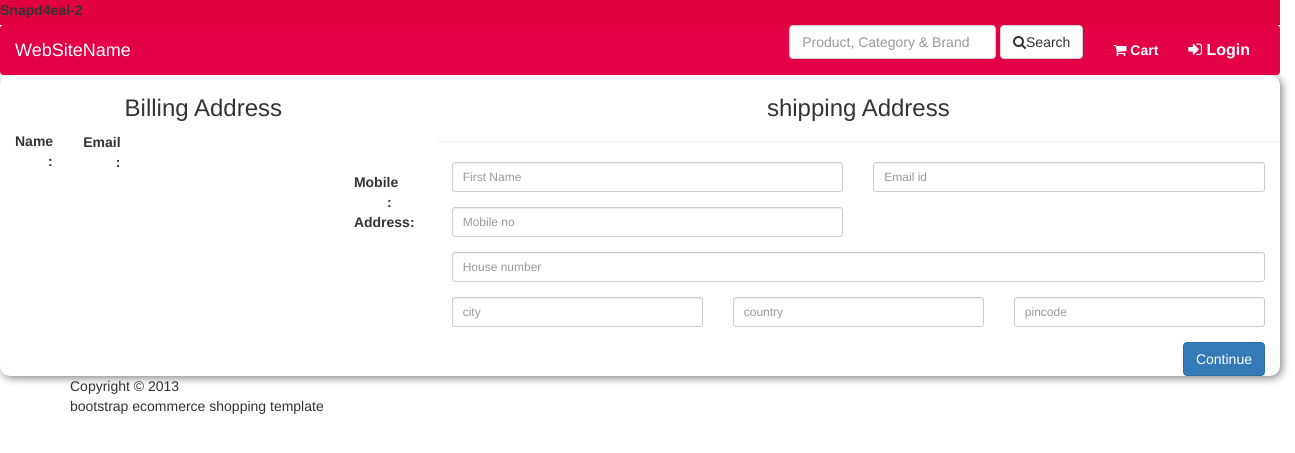
Repository: Aryans26/project
Page: http://localhost/frontend/WEB-INF/views/addressorder.jsp
An editor plug-in stored every save of this project. The page is shown before and after the next save, followed by the edit.
The browser window is 1280 px wide. The page is 1295 px wide, so the pictures cover 1295 px, including what lies to the right of the window. The pictures show the whole page.
Some web libraries are served in a nearby version. The page is served by Tomcat 9. Nobody is signed in. Other server files are loaded and not shown. The template is opened directly, without the code that normally fills it, so the values that code supplies are empty.

Above is the page before, as saved 2017-06-21 09:25:08.

### frontend/src/main/webapp/WEB-INF/views/addressorder.jsp
<%@ taglib prefix="c" uri="http://www.springframework.org/tags"%>
<%@ taglib prefix="form" uri="http://www.springframework.org/tags/form"%>
<!doctype html>
<html>
<head>
<c:url value="/resource" var="res" />

<!-- <link rel="stylesheet" ref="https://maxcdn.bootstrapcdn.com/bootstrap/3.3.7/css/bootstrap.min.css"> -->
<script
	src="https://ajax.googleapis.com/ajax/libs/jquery/3.2.1/jquery.min.js"></script>
<script
	src="https://maxcdn.bootstrapcdn.com/bootstrap/3.3.7/js/bootstrap.min.js"></script>
<link rel="stylesheet" href="${res}/css/bootstrap.min.css" />
<link rel="stylesheet" href="${res}/css/style.css" />
<link rel="stylesheet" href="${res}/css/font-awesome/css/font-awesome.min.css" />

</head>
<body>
	<%@include file="navbar.jsp"%>
	<div class="Container box-shadow border-radius">

	<div class="row">

	<div class="col-md-4 col-sm-4 col-xs-12 billing-add">
		<h3 class="text-center">Billing Address</h3>
		<div class="col-md-2 col-sm-3 b-r"><b>Name :</b></div><div class="col-md-10 col-sm-9">${user.getU_name()} </div>
		<div class="col-md-2 col-sm-3 b-r"><b>Email :</b></div><div class="col-md-10 col-sm-9">${user.getU_email()}</div>
		<div class="col-md-2 col-sm-3 b-r"><b>Mobile :</b></div><div class="col-md-10 col-sm-9">${user.getU_phoneno()}</div>
		<div class="col-md-2 col-sm-3 b-r"><b>Address:</b></div><div class="col-md-10 col-sm-9">${billing.getHouse_no()}<br>
		${billing.getStreet_name()}<br>${billing.getCity()}<br>${billing.getState()}<br>${billing.getCountry()}<br>
		${billing.getPincode()}<br>
		</div>

	</div>


	<div class="col-md-8 shipping col-sm-8 col-xs-12">
		<h3 class="text-center">shipping Address</h3>

		<hr>
	<c:url value="/orderConfirm" var="a"/>
		<form:form action="${a}" method="post" commandName="shippingAddress">


		<div class="col-xs-6 col-sm-6 col-md-6">
			<div class="form-group">
				<form:input type="text" name="first_name" id="first_name" class="form-control input-sm" placeholder="First Name" path="Ship_name"/>
			</div>
		</div>
<!-- 		<div class="col-xs-6 col-sm-6 col-md-6"> -->
<!-- 			<div class="form-group"> -->
<%-- 				<form:input type="text" name="last_name" id="last_name" class="form-control input-sm" placeholder="Last Name" path="lastname"/>  --%>
<!-- 			</div> -->
<!-- 		</div> -->

		<div class="col-xs-6 col-sm-6 col-md-6">
			<div class="form-group">
				<form:input type="text" name="first_name" id="first_name" class="form-control input-sm" placeholder="Email id" path="Ship_email"/>
			</div>
		</div>
		<div class="col-xs-6 col-sm-6 col-md-6">
			<div class="form-group">
				<form:input type="text" name="Mobile_no" class="form-control input-sm" placeholder="Mobile no" path="Ship_mono"/>
		</div>
</div>
		<div class="col-xs-12 col-sm-12 col-md-12">
			<div class="form-group">
				<form:input type="text" class="form-control input-sm" placeholder="House number" path="Ship_houseno"/>

			</div>
		</div>

		<div class="col-xs-12 col-sm-4 col-md-4">
			<div class="form-group">
				<form:input type="text"	class="form-control input-sm" placeholder="city" path="Ship_city"/>
			</div>
		</div>
		<div class="col-xs-12 col-sm-4 col-md-4">
			<div class="form-group">
				<form:input type="text"	class="form-control input-sm" placeholder="country" path="Ship_country"/>
			</div>
		</div>

		<div class="col-xs-12 col-sm-4 col-md-4">
			<div class="form-group">
				<form:input type="text" class="form-control input-sm" placeholder="pincode" path="Ship_pincode" />
			</div>
		</div>

	<div class="col-md-12">
		<input type="submit" class="btn btn-primary pull-right" value="Continue">
	</div>
   </form:form>
</div>
</div>
</div>
<!--
Footer
-->

<!-- /container -->

<div class="copyright">
<div class="container">

	<span>Copyright &copy; 2013<br> bootstrap ecommerce shopping template</span>
</div>
</div>
<a href="#" class="gotop"><i class="icon-double-angle-up"></i></a>

  </body>
</html>

### frontend/src/main/webapp/WEB-INF/views/navbar.jsp
<%@ taglib prefix="c" uri="http://www.springframework.org/tags"%>
<%@ taglib prefix="form" uri="http://www.springframework.org/tags/form"%>
<%@ taglib prefix="security" uri="http://www.springframework.org/security/tags" %>
<%@ taglib prefix="c1" uri="http://java.sun.com/jsp/jstl/core"%>
<!DOCTYPE html >
<html>
<head>
<meta http-equiv="Content-Type" content="text/html; charset=ISO-8859-1">
<title>Insert title here</title>
</head>
<body>
	<div class="headder">
		<b>Snapd4eal-2</b>
	</div>

	<nav class="navbar navbar-default" style="color: white;">
		<div class="container-fluid">
			<div class="navbar-header">
				<button type="button" class="navbar-toggle" data-toggle="collapse" data-target="#myNavbar">
					<span class="icon-bar"></span> <span class="icon-bar"></span>
					<span class="icon-bar"></span>
				</button>
				<a class="navbar-brand" href="<c:url value="/"/>"
					style="color: white;">WebSiteName</a>
				<form class="navbar-form navbar-right visible-sm visible-xs">
					<div class="form-group">
						<input type="text" class="form-control"
							placeholder="Product, Category & Brand">
					</div>
					<button type="submit" class="btn btn-default">
						<i class="fa fa-search"></i>Search
					</button>

				</form>
			</div>
			<div class="collapse navbar-collapse" id="myNavbar">
			<c1:if test="${pageContext.request.userPrincipal.name!=null}">
			<security:authorize access="hasRole('ROLE_ADMIN')">
				<ul class="nav navbar-nav">
					<li style="color: white;"><a
						href="<c:url value="/category"/>">Add Category</a></li>
					<li style="color: white;"><a
						href="<c:url value="/addproduct"/>">Add Product</a></li>
					<li style="color: white;"><a
						href="<c:url value="/supplier"/>">Add Supplier</a></li>
<!-- 					<li style="color: white;"><a -->
<%-- 						href="<c:url value="/addcard"/>">Add Card</a></li> --%>

				</ul>
				</security:authorize>
				</c1:if>
				<ul class="nav navbar-nav navbar-right">
					<li><a href="<c:url value="/viewcart"/>"><i class="fa fa-shopping-cart"></i>
							Cart</a></li>

					<li class="dropdown"><a href="#" class="dropbtn"><span
							class="fa fa-sign-in"></span>
							<c1:if test="${pageContext.request.userPrincipal.name==null}"> Login </c1:if>
							 <c1:if test="${pageContext.request.userPrincipal.name!=null}">  Logout</c1:if></a>

						<div class="dropdown-content">
							<a href="#">your account</a>
							<a href="#">your orders</a>
							<c1:if test="${pageContext.request.userPrincipal.name==null}">

							<a href="<c:url value="/users"/>" class="hvr-reg-bordertop" > new user ?<br>
							<b>register</b></a>
<%-- <a href="<c:url value="/login"/>"><button type="button" class="btn btn-danger" style="width: 90%; margin: 10px;">Login</button></a> --%>
							<button type="button" class="btn btn-danger" data-toggle="modal"
								data-target="#myModal" style="width: 90%; margin: 10px;">Login</button>
								</c1:if>

								<c1:if test="${pageContext.request.userPrincipal.name!=null}">
					<a href="<c:url value="/j_spring_security_logout"/>"><button type="button" class="btn btn-danger" >Logout</button></a>
								</c1:if>
						</div></li>

				</ul>
				<form class="navbar-form navbar-right hidden-sm hidden-xs">
					<div class="form-group">
						<input type="text" class="form-control"
							placeholder="Product, Category & Brand">
					</div>
					<button type="submit" class="btn btn-default">
						<i class="fa fa-search"></i>Search
					</button>

				</form>

			</div>
		</div>
	</nav>


	<!-- Modal -->
	<div class="modal fade" id="myModal" role="dialog">
		<div class="modal-dialog modal-lg">
			<div class="modal-content">
				<div class="modal-header">
					<button type="button" class="close" data-dismiss="modal">&times;</button>
					<h4 class="modal-title">Login</h4>
				</div>
				<div class="modal-body">
				<c1:url value="/j_spring_security_check" var="a"/>
					<form role="form" method="post" action="${a} ">
						<div class="form-group">
				<label for="email">Email address:</label>
				<input type="email" class="form-control" id="email" name="j_username" placeholder="Email Id">
						</div>
						<div class="form-group">
				<label for="pwd">Password:</label>
				 <input type="password" class="form-control" id="pwd" name="j_password" placeholder="Password">
						</div>
						<div class="checkbox">
							<label><input type="checkbox"> Remember me</label>
						</div>
						<a class="cursor" data-dismiss="modal" data-toggle="modal"
							data-target="#myModal1">new User ? <b>register</b></a>
						<button type="submit" class="btn btn-success">Submit</button>
					</form>
				</div>
				<div class="modal-footer">
					<button type="button" class="btn btn-default" data-dismiss="modal">Close</button>
				</div>
			</div>
		</div>
	</div>

</body>
</html>

### frontend/src/main/webapp/resource/css/style.css
@charset "utf-8";
/* CSS Document */
.headder {
	min-height: 25px;
	background-color: #E0013F;
}

.navbar-default, .navbar-default li {
	background-color: #e40046;
	color: white;
}

.navbar-default li a {
	color: #FFF;
	font-weight: bold;
}

.navbar-nav li:hover, .navbar-nav li:focus, .navbar-nav li:active {
	background-color: #333;
}

.navbar-nav dropdown:hover {
	background-color: #333;
}

.dropbtn {
	color: white;
	padding: 16px;
	font-size: 16px;
	border: none;
	cursor: pointer;
}

.
.dropdown:hover {
	background-color: #333;
	color: white;
	padding: 16px;
	font-size: 16px;
	border: none;
	cursor: pointer;
}

.dropdown {
	position: relative;
	display: inline-block;
}

.dropdown-content {
	display: none;
	position: absolute;
	background-color: #333;
	min-width: 160px;
	right: 5px;
	box-shadow: 0px 8px 16px 0px rgba(0, 0, 0, 0.2);
	z-index: 1;
}

.dropdown-content a {
	color: black;
	font-size: 14px !important;
	font-weight: normal !important;
	text-align: center;
	padding: 12px 16px;
	text-decoration: none;
	display: block;
}

.dropdown-content a:hover {
	background-color: #000;
}

.dropdown:hover .dropdown-content {
	display: block;
}

.dropdown:hover .dropbtn {
	background-color: #333;
}

.dropdown-content .hvr-reg-bordertop {
	border-top: 1px solid #999;
	padding-top: 20px;
	margin-bottom: 0;
	padding-bottom: 0;
}

.cursor {
	cursor: pointer;
}

.form-fill{
	max-width:500px;
	box-shadow:2px 2px 8px  grey;
	padding:30px 20px;
	margin:10px auto;
	border-radius:10px;
}

.form-list-table{
	border:2px solid grey;
	box-shadow:4px 4px 8px grey;
	border-radius:10px;
}
.head3{
	color:#e40046;
	font-weight:bold;
	text-align:center;
	text-shadow:2px 2px 4px grey;
}

.items-list-head > div{
	Color:red;
	text-align:center;
	font-weight:bolder;
	font-size:20px;
}
.items-list > div{
	border-top:1px solid grey;
	line-height:40px;
	text-align:center;
	font-weight:bold;
}

.box-shadow{
	border-radius:10px;
	box-shadow:2px 2px 8px grey;
}

.list-head{
	font-size:16px;
	font-weight:bold;
	text-shadow:1px 1px 1px grey;
}

.billing-add .b-r{
	text-align:right;
}

Loaded but not shown: frontend/src/main/webapp/resource/css/bootstrap.min.css (library); frontend/src/main/webapp/resource/css/font-awesome/css/font-awesome.min.css (library)

After the next save:
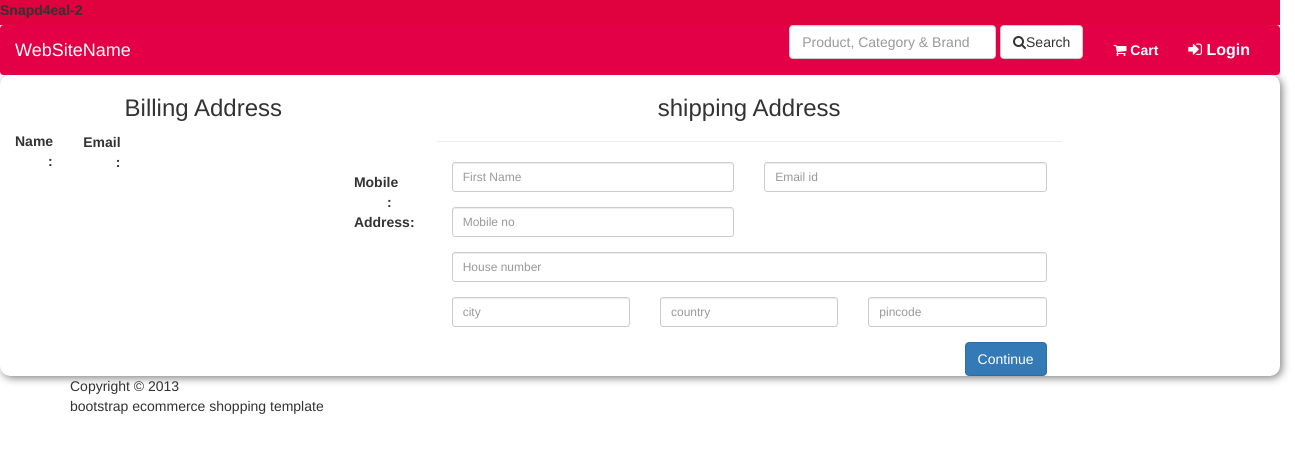
Saved 23 s later.
--- a/frontend/src/main/webapp/WEB-INF/views/addressorder.jsp
+++ b/frontend/src/main/webapp/WEB-INF/views/addressorder.jsp
@@ -34,7 +34,7 @@
 	</div>
 
 
-	<div class="col-md-8 shipping col-sm-8 col-xs-12">
+	<div class="col-md-6 shipping col-sm-6 col-xs-12">
 		<h3 class="text-center">shipping Address</h3>
 
 		<hr>
